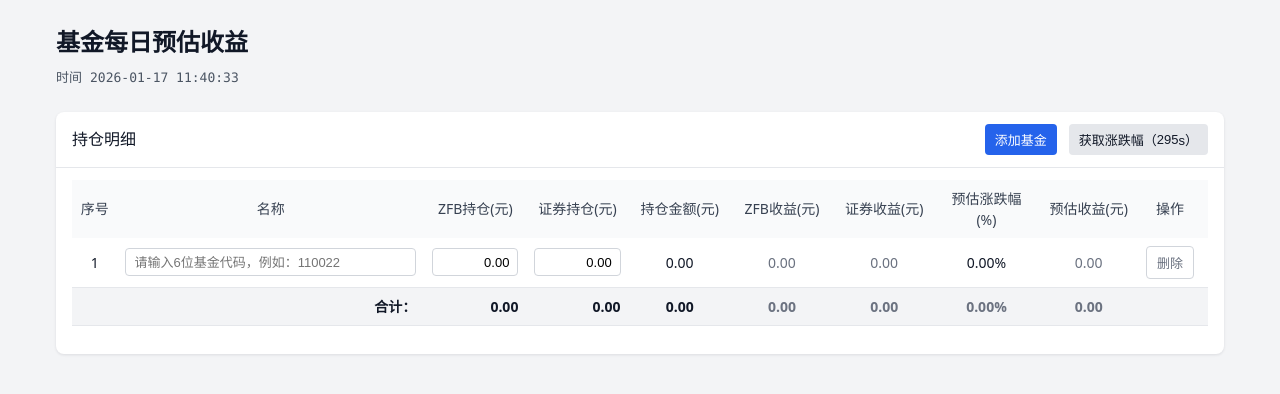
Repository: zt-boom/finance
Page: index.html
An editor plug-in stored every save of this project. The page is shown before and after the next save, followed by the edit.
The browser window is 1280 px wide. The pictures show the whole page.

Above is the page before, as saved 2026-01-17 19:38:11.

### index.html
<!DOCTYPE html>
<html lang="zh-CN">
<head>
<meta charset="UTF-8">
<title>基金每日预估收益</title>
<meta name="viewport" content="width=device-width,initial-scale=1">
<link rel="stylesheet" href="./style.css">
</head>
<body>
<div class="app">
<header class="app-header">
<h1>基金每日预估收益</h1>
<div class="date-row">
<span>时间</span>
<span id="current-date"></span>
</div>
</header>
<main class="app-main">
<section class="card">
<div class="card-header">
<h2>持仓明细</h2>
<div class="card-header-actions">
<button id="add-fund-btn" class="primary-button">添加基金</button>
<button id="fetch-percent-btn" class="secondary-button">
获取涨跌幅（<span id="auto-refresh-countdown">300</span>s）
</button>
</div>
</div>
<div class="card-body">
<div class="table-wrapper">
<table class="fund-table">
<thead>
<tr>
<th class="index-col">序号</th>
<th>名称</th>
<th>ZFB持仓(元)</th>
<th>证券持仓(元)</th>
<th>持仓金额(元)</th>
<th>ZFB收益(元)</th>
<th>证券收益(元)</th>
<th>预估涨跌幅(%)</th>
<th>预估收益(元)</th>
<th>操作</th>
</tr>
</thead>
<tbody id="fund-table-body"></tbody>
        <tfoot>
          <tr class="summary-row">
            <td colspan="2">合计：</td>
            <td><span id="total-zfb-amount">0.00</span></td>
            <td><span id="total-stock-amount">0.00</span></td>
            <td><span id="total-amount">0.00</span></td>
            <td><span id="total-zfb-profit">0.00</span></td>
            <td><span id="total-stock-profit">0.00</span></td>
            <td><span id="total-percent">0.00%</span></td>
            <td><span id="total-profit">0.00</span></td>
            <td></td>
          </tr>
        </tfoot>
</table>
</div>
</div>
</section>
</main>
</div>
<script src="./main.js"></script>
</body>
</html>

### style.css
* {
box-sizing: border-box;
margin: 0;
padding: 0;
}

body {
font-family: system-ui, -apple-system, BlinkMacSystemFont, "Segoe UI", sans-serif;
background-color: #f3f4f6;
color: #111827;
line-height: 1.5;
}

.app {
max-width: 1200px;
margin: 0 auto;
padding: 24px 16px 40px;
}

.app-header {
display: flex;
flex-direction: column;
gap: 8px;
margin-bottom: 24px;
}

.app-header h1 {
font-size: 24px;
font-weight: 600;
color: #111827;
}

.date-row {
display: flex;
gap: 8px;
align-items: center;
font-size: 13px;
color: #4b5563;
}

.date-row span:last-child {
font-family: ui-monospace, SFMono-Regular, Menlo, Monaco, Consolas, "Liberation Mono", "Courier New", monospace;
font-variant-numeric: tabular-nums;
}

.app-main {
display: flex;
flex-direction: column;
gap: 16px;
}

.card {
background-color: #ffffff;
border-radius: 8px;
box-shadow: 0 1px 3px rgba(15, 23, 42, 0.1);
overflow: hidden;
}

.card-header {
display: flex;
justify-content: space-between;
align-items: center;
padding: 12px 16px;
border-bottom: 1px solid #e5e7eb;
}

.card-header h2 {
font-size: 16px;
font-weight: 500;
}

.card-header-actions {
display: flex;
align-items: center;
gap: 12px;
}

.card-body {
padding: 12px 16px 16px;
}

.table-wrapper {
overflow-x: auto;
margin-bottom: 12px;
}

.fund-table {
 width: 100%;
 border-collapse: collapse;
 font-size: 14px;
 table-layout: fixed;
}

.fund-table td {
 border-bottom: 1px solid #e5e7eb;
 padding: 8px 8px;
 text-align: left;
}

.fund-table th.index-col,
.fund-table td[data-role="row-index"] {
 width: 4%;
text-align: center;
cursor: grab;
}

.fund-table td:nth-child(3),
.fund-table td:nth-child(4),
.fund-table td:nth-child(5),
.fund-table td:nth-child(6),
.fund-table td:nth-child(7),
.fund-table td:nth-child(8),
.fund-table td:nth-child(9) {
text-align: center;
white-space: nowrap;
}

.fund-table thead {
background-color: #f9fafb;
}

.fund-table th {
font-weight: 500;
color: #374151;
text-align: center;
 padding: 8px 8px;
}

.fund-table tbody tr:nth-child(even) {
background-color: #f9fafb;
}

.fund-table tbody tr:hover {
background-color: #eef2ff;
}

.fund-table tr.dragging {
opacity: 0.7;
}

.fund-table input {
 width: 100%;
 height: 28px;
 padding: 3px 8px;
 font-size: 13px;
 border-radius: 4px;
 border: 1px solid #d1d5db;
 outline: none;
 text-align: right;
}

.fund-table input.narrow-number-input {
 width: 100%;
 margin: 0;
}

.fund-table td:nth-child(2) input {
text-align: left;
}

.fund-table th:nth-child(2),
.fund-table td:nth-child(2) {
 width: 27%;
}

.fund-table th:nth-child(10),
.fund-table td:nth-child(10) {
 width: 6%;
padding-left: 0;
text-align: center;
}

.fund-table th:nth-child(3),
.fund-table td:nth-child(3),
.fund-table th:nth-child(4),
.fund-table td:nth-child(4),
.fund-table th:nth-child(5),
.fund-table td:nth-child(5),
.fund-table th:nth-child(6),
.fund-table td:nth-child(6),
.fund-table th:nth-child(7),
.fund-table td:nth-child(7),
.fund-table th:nth-child(8),
.fund-table td:nth-child(8),
.fund-table th:nth-child(9),
.fund-table td:nth-child(9) {
 width: 9%;
}

.fund-table input[type="number"]::-webkit-outer-spin-button,
.fund-table input[type="number"]::-webkit-inner-spin-button {
-webkit-appearance: none;
margin: 0;
}

.fund-table input[type="number"] {
-moz-appearance: textfield;
}

.fund-table input:focus {
border-color: #2563eb;
box-shadow: 0 0 0 1px rgba(37, 99, 235, 0.2);
}

.value-positive {
color: #ef4444;
}

.value-negative {
color: #10b981;
}

.value-zero {
color: #6b7280;
}

.summary-row td {
font-weight: 600;
color: #111827;
background-color: #f3f4f6;
}

.summary-row td:first-child {
text-align: right;
padding-right: 8px;
}

.summary-items {
display: flex;
flex-wrap: wrap;
gap: 4px 16px;
justify-content: flex-end;
align-items: center;
}

#auto-refresh-countdown {
display: inline-block;
width: 3ch;
text-align: right;
}

.summary-items span {
font-weight: 500;
white-space: nowrap;
}

.summary-left {
display: flex;
flex-wrap: wrap;
gap: 4px 16px;
align-items: center;
}

.summary-items span strong {
font-size: 18px;
margin-left: 4px;
font-family: ui-monospace, SFMono-Regular, Menlo, Monaco, Consolas, "Liberation Mono", "Courier New", monospace;
}

#total-amount {
color: #111827;
}

#total-zfb-amount,
#total-stock-amount {
  display: inline-block;
  width: 100%;
  text-align: right;
}

.primary-button,
.secondary-button,
.danger-button {
border-radius: 4px;
border: none;
cursor: pointer;
font-size: 13px;
padding: 6px 10px;
display: flex;
align-items: center;
justify-content: center;
}

.primary-button {
background-color: #2563eb;
color: #ffffff;
}

.primary-button:hover {
background-color: #1d4ed8;
}

.secondary-button {
background-color: #e5e7eb;
color: #111827;
}

.secondary-button:hover {
background-color: #d1d5db;
}

.danger-button {
 background-color: transparent;
 color: #6b7280;
 border: 1px solid #d1d5db;
margin: 0 auto;
}

.danger-button:hover {
 background-color: #fee2e2;
 color: #b91c1c;
 border-color: #fecaca;
}

.actions-row {
display: none;
}

.instructions {
font-size: 13px;
color: #4b5563;
}

.instructions ol {
padding-left: 18px;
display: flex;
flex-direction: column;
gap: 4px;
}

@media (max-width: 640px) {
.app {
padding-inline: 12px;
}
.card-header {
flex-direction: column;
gap: 8px;
align-items: flex-start;
}
}

### main.js
const STORAGE_KEY = "fund_holdings_v1";
let dragSourceRow = null;

function handleRowDragStart(event) {
const cell = event.currentTarget;
const row = cell.parentElement;
dragSourceRow = row;
row.classList.add("dragging");
if (event.dataTransfer) {
event.dataTransfer.effectAllowed = "move";
event.dataTransfer.setData("text/plain", "");
}
}

function handleRowDragOver(event) {
event.preventDefault();
if (event.dataTransfer) {
event.dataTransfer.dropEffect = "move";
}
}

function handleRowDrop(event) {
event.preventDefault();
const targetCell = event.currentTarget;
const targetRow = targetCell.parentElement;
if (!dragSourceRow || dragSourceRow === targetRow) {
return;
}
const tbody = targetRow.parentElement;
const rows = Array.from(tbody.querySelectorAll('tr[data-role="fund-row"]'));
const sourceIndex = rows.indexOf(dragSourceRow);
const targetIndex = rows.indexOf(targetRow);
if (sourceIndex === -1 || targetIndex === -1) {
return;
}
if (sourceIndex < targetIndex) {
tbody.insertBefore(dragSourceRow, targetRow.nextSibling);
} else {
tbody.insertBefore(dragSourceRow, targetRow);
}
}

function handleRowDragEnd() {
const rows = document.querySelectorAll('tr[data-role="fund-row"]');
rows.forEach(row => {
row.classList.remove("dragging");
});
dragSourceRow = null;
updateRowIndices();
handleStorageUpdate();
calculateProfit();
}

function formatCurrency(value) {
if (Number.isNaN(value)) return "0.00";
return value.toFixed(2);
}

function formatNumber(value) {
if (Number.isNaN(value)) return "";
return value.toFixed(2);
}

function getTodayDateString() {
const now = new Date();
const year = String(now.getFullYear());
const month = String(now.getMonth() + 1).padStart(2, "0");
const day = String(now.getDate()).padStart(2, "0");
const hours = String(now.getHours()).padStart(2, "0");
const minutes = String(now.getMinutes()).padStart(2, "0");
const seconds = String(now.getSeconds()).padStart(2, "0");
return `${year}-${month}-${day} ${hours}:${minutes}:${seconds}`;
}

const fundJsonpRequests = [];

function ensureJsonpHandler() {
if (window._fundJsonpInitialized) {
return;
}
window._fundJsonpInitialized = true;
window.jsonpgz = function (data) {
if (!data || !data.fundcode) {
return;
}
const code = data.fundcode;
while (true) {
let index = -1;
for (let i = 0; i < fundJsonpRequests.length; i += 1) {
if (fundJsonpRequests[i].code === code) {
index = i;
break;
}
}
if (index === -1) {
break;
}
const request = fundJsonpRequests.splice(index, 1)[0];
try {
const value = request.transform ? request.transform(data) : data;
request.resolve(value);
} catch (e) {
if (request.reject) {
if (e instanceof Error) {
request.reject(e);
} else {
request.reject(new Error("解析基金数据失败"));
}
}
}
}
};
}

function fetchFundEstimate(code) {
return new Promise((resolve, reject) => {
if (!code) {
reject(new Error("缺少基金代码"));
return;
}
ensureJsonpHandler();
fundJsonpRequests.push({
code,
resolve,
reject,
transform: data => {
const percent = parseFloat(data.gszzl);
if (Number.isNaN(percent)) {
throw new Error("无效的涨跌幅数据");
}
return percent;
}
});
const script = document.createElement("script");
script.src = `https://fundgz.1234567.com.cn/js/${code}.js?rt=${Date.now()}`;
script.onerror = () => {
for (let i = 0; i < fundJsonpRequests.length; i += 1) {
if (fundJsonpRequests[i].code === code) {
const request = fundJsonpRequests.splice(i, 1)[0];
request.reject(new Error("获取基金数据失败"));
break;
}
}
};
document.body.appendChild(script);
});
}

function fetchFundInfo(code) {
return new Promise((resolve, reject) => {
if (!code) {
reject(new Error("缺少基金代码"));
return;
}
ensureJsonpHandler();
fundJsonpRequests.push({
code,
resolve,
reject,
transform: data => data
});
const script = document.createElement("script");
script.src = `https://fundgz.1234567.com.cn/js/${code}.js?rt=${Date.now()}`;
script.onerror = () => {
for (let i = 0; i < fundJsonpRequests.length; i += 1) {
if (fundJsonpRequests[i].code === code) {
const request = fundJsonpRequests.splice(i, 1)[0];
request.reject(new Error("获取基金数据失败"));
break;
}
}
};
document.body.appendChild(script);
});
}

function parseFundCodeFromName(name) {
if (!name) return null;
const match = name.match(/(\d{6})/);
if (!match) {
return null;
}
return match[1];
}

function loadHoldingsFromStorage() {
try {
const raw = window.localStorage.getItem(STORAGE_KEY);
if (!raw) return [];
const parsed = JSON.parse(raw);
if (!Array.isArray(parsed)) return [];
return parsed;
} catch (e) {
return [];
}
}

function saveHoldingsToStorage(holdings) {
try {
const serialized = JSON.stringify(holdings);
window.localStorage.setItem(STORAGE_KEY, serialized);
} catch (e) {
}
}

function createTableRow(fund) {
const tr = document.createElement("tr");
const indexTd = document.createElement("td");
const nameTd = document.createElement("td");
const zfbAmountTd = document.createElement("td");
const stockAmountTd = document.createElement("td");
const amountTd = document.createElement("td");
const zfbProfitTd = document.createElement("td");
const stockProfitTd = document.createElement("td");
const percentTd = document.createElement("td");
const profitTd = document.createElement("td");
const actionsTd = document.createElement("td");
const nameInput = document.createElement("input");
nameInput.type = "text";
nameInput.value = fund.name || "";
nameInput.placeholder = "请输入6位基金代码，例如：110022";
nameInput.addEventListener("change", handleStorageUpdate);
nameInput.addEventListener("keydown", event => {
if (event.key === "Enter") {
event.preventDefault();
const raw = nameInput.value.trim();
const code = parseFundCodeFromName(raw);
if (!code) {
window.alert("请先输入6位基金代码");
return;
}
const rows = document.querySelectorAll('tr[data-role="fund-row"]');
let duplicate = false;
rows.forEach(row => {
const inputs = row.querySelectorAll("input");
const otherNameInput = inputs[0];
if (!otherNameInput || otherNameInput === nameInput) {
return;
}
const otherCode = parseFundCodeFromName(otherNameInput.value.trim());
if (otherCode && otherCode === code) {
duplicate = true;
}
});
if (duplicate) {
window.alert("该基金代码已存在，请不要重复添加");
return;
}
nameInput.disabled = true;
fetchFundInfo(code).then(data => {
nameInput.disabled = false;
if (!data || !data.name) {
window.alert("未能获取基金名称，请检查基金代码");
return;
}
nameInput.value = `${code}  ${data.name}`;
handleStorageUpdate();
}).catch(() => {
nameInput.disabled = false;
window.alert("未能获取基金名称，请检查基金代码或网络连接");
});
}
});
const zfbInput = document.createElement("input");
zfbInput.type = "number";
zfbInput.step = "0.01";
zfbInput.min = "0";
zfbInput.value = fund.zfbAmount != null ? formatCurrency(Number(fund.zfbAmount)) : "0.00";
zfbInput.addEventListener("blur", () => {
const value = parseFloat(zfbInput.value);
const normalized = Number.isNaN(value) ? 0 : value;
zfbInput.value = formatCurrency(normalized);
});
zfbInput.addEventListener("input", () => {
calculateProfit();
});
zfbInput.addEventListener("change", () => {
handleStorageUpdate();
calculateProfit();
});
zfbInput.className = "narrow-number-input";
const stockInput = document.createElement("input");
stockInput.type = "number";
stockInput.step = "0.01";
stockInput.min = "0";
stockInput.value = fund.stockAmount != null ? formatCurrency(Number(fund.stockAmount)) : "0.00";
stockInput.addEventListener("blur", () => {
const value = parseFloat(stockInput.value);
const normalized = Number.isNaN(value) ? 0 : value;
stockInput.value = formatCurrency(normalized);
});
stockInput.addEventListener("input", () => {
calculateProfit();
});
stockInput.addEventListener("change", () => {
handleStorageUpdate();
calculateProfit();
});
stockInput.className = "narrow-number-input";
const amountSpan = document.createElement("span");
amountSpan.dataset.role = "amount-display";
amountSpan.textContent = "0.00";
const zfbProfitSpan = document.createElement("span");
zfbProfitSpan.textContent = "0.00";
const stockProfitSpan = document.createElement("span");
stockProfitSpan.textContent = "0.00";
const percentSpan = document.createElement("span");
percentSpan.textContent = "0.00%";
const profitSpan = document.createElement("span");
profitSpan.textContent = "0.00";
const deleteButton = document.createElement("button");
deleteButton.textContent = "删除";
deleteButton.className = "danger-button";
deleteButton.addEventListener("click", () => {
const inputs = tr.querySelectorAll("input");
const nameValue = inputs[0] ? inputs[0].value.trim() : "";
const zfbValue = inputs[1] ? inputs[1].value.trim() : "";
const stockValue = inputs[2] ? inputs[2].value.trim() : "";
const isEmptyRow = !nameValue && !zfbValue && !stockValue;
if (!isEmptyRow) {
const confirmed = window.confirm("确定要删除这条持仓记录吗？");
if (!confirmed) {
return;
}
}
tr.remove();
handleStorageUpdate();
calculateProfit();
updateRowIndices();
});
indexTd.dataset.role = "row-index";
indexTd.draggable = true;
indexTd.addEventListener("dragstart", handleRowDragStart);
indexTd.addEventListener("dragover", handleRowDragOver);
indexTd.addEventListener("drop", handleRowDrop);
indexTd.addEventListener("dragend", handleRowDragEnd);
zfbProfitTd.dataset.role = "zfb-profit-cell";
stockProfitTd.dataset.role = "stock-profit-cell";
percentTd.dataset.role = "percent-cell";
profitTd.dataset.role = "profit-cell";
nameTd.appendChild(nameInput);
zfbAmountTd.appendChild(zfbInput);
stockAmountTd.appendChild(stockInput);
amountTd.appendChild(amountSpan);
zfbProfitTd.appendChild(zfbProfitSpan);
stockProfitTd.appendChild(stockProfitSpan);
percentTd.appendChild(percentSpan);
profitTd.appendChild(profitSpan);
actionsTd.appendChild(deleteButton);
tr.appendChild(indexTd);
tr.appendChild(nameTd);
tr.appendChild(zfbAmountTd);
tr.appendChild(stockAmountTd);
tr.appendChild(amountTd);
tr.appendChild(zfbProfitTd);
tr.appendChild(stockProfitTd);
tr.appendChild(percentTd);
tr.appendChild(profitTd);
tr.appendChild(actionsTd);
tr.dataset.role = "fund-row";
return tr;
}

function readHoldingsFromTable() {
const rows = document.querySelectorAll('tr[data-role="fund-row"]');
const holdings = [];
rows.forEach(row => {
const inputs = row.querySelectorAll("input");
const nameInput = inputs[0];
const zfbInput = inputs[1];
const stockInput = inputs[2];
const name = nameInput.value.trim();
const zfbAmount = parseFloat(zfbInput.value);
const stockAmount = parseFloat(stockInput.value);
const hasZfb = !Number.isNaN(zfbAmount) && zfbAmount > 0;
const hasStock = !Number.isNaN(stockAmount) && stockAmount > 0;
if (!name && !hasZfb && !hasStock) {
return;
}
holdings.push({
name,
zfbAmount: hasZfb ? zfbAmount : 0,
stockAmount: hasStock ? stockAmount : 0
});
});
return holdings;
}

function handleStorageUpdate() {
const holdings = readHoldingsFromTable();
saveHoldingsToStorage(holdings);
}

function populateTableFromStorage() {
const tbody = document.getElementById("fund-table-body");
tbody.innerHTML = "";
const holdings = loadHoldingsFromStorage();
if (holdings.length === 0) {
const row = createTableRow({ name: "", zfbAmount: null, stockAmount: null });
tbody.appendChild(row);
updateRowIndices();
calculateProfit();
return;
}
holdings.forEach(fund => {
const row = createTableRow({
name: fund.name || "",
zfbAmount: fund.zfbAmount != null ? fund.zfbAmount : null,
stockAmount: fund.stockAmount != null ? fund.stockAmount : null
});
tbody.appendChild(row);
});
updateRowIndices();
calculateProfit();
}

function calculateProfit() {
const rows = document.querySelectorAll('tr[data-role="fund-row"]');
let totalZfbAmount = 0;
let totalStockAmount = 0;
let totalZfbProfit = 0;
let totalStockProfit = 0;
let totalProfit = 0;
let totalHoldingAmount = 0;
rows.forEach(row => {
const inputs = row.querySelectorAll("input");
const zfbInput = inputs[1];
const stockInput = inputs[2];
const amountSpan = row.querySelector('span[data-role="amount-display"]');
const percentCell = row.querySelector('td[data-role="percent-cell"] span');
const profitCell = row.querySelector('td[data-role="profit-cell"] span');
const zfbProfitCell = row.querySelector('td[data-role="zfb-profit-cell"] span');
const stockProfitCell = row.querySelector('td[data-role="stock-profit-cell"] span');
const zfbAmount = zfbInput ? parseFloat(zfbInput.value) : NaN;
const stockAmount = stockInput ? parseFloat(stockInput.value) : NaN;
const normalizedZfb = Number.isNaN(zfbAmount) ? 0 : zfbAmount;
const normalizedStock = Number.isNaN(stockAmount) ? 0 : stockAmount;
const amount = normalizedZfb + normalizedStock;
const percent = percentCell ? parseFloat(percentCell.textContent) : NaN;
totalZfbAmount += normalizedZfb;
totalStockAmount += normalizedStock;
if (amountSpan) {
amountSpan.textContent = formatCurrency(amount);
}
if (amount > 0) {
totalHoldingAmount += amount;
}
if (amount <= 0 || Number.isNaN(percent)) {
if (zfbProfitCell) {
zfbProfitCell.textContent = "0.00";
applyProfitColor(zfbProfitCell, 0);
}
if (stockProfitCell) {
stockProfitCell.textContent = "0.00";
applyProfitColor(stockProfitCell, 0);
}
if (profitCell) {
profitCell.textContent = "0.00";
applyProfitColor(profitCell, 0);
}
return;
}
const zfbProfit = normalizedZfb * percent / 100;
const stockProfit = normalizedStock * percent / 100;
const profit = zfbProfit + stockProfit;
totalZfbProfit += zfbProfit;
totalStockProfit += stockProfit;
totalProfit += profit;
if (zfbProfitCell) {
zfbProfitCell.textContent = formatCurrency(zfbProfit);
applyProfitColor(zfbProfitCell, zfbProfit);
}
if (stockProfitCell) {
stockProfitCell.textContent = formatCurrency(stockProfit);
applyProfitColor(stockProfitCell, stockProfit);
}
if (profitCell) {
profitCell.textContent = formatCurrency(profit);
applyProfitColor(profitCell, profit);
}
});
const totalZfbAmountElement = document.getElementById("total-zfb-amount");
if (totalZfbAmountElement) {
totalZfbAmountElement.textContent = formatCurrency(totalZfbAmount);
}
const totalStockAmountElement = document.getElementById("total-stock-amount");
if (totalStockAmountElement) {
totalStockAmountElement.textContent = formatCurrency(totalStockAmount);
}
const totalAmountElement = document.getElementById("total-amount");
if (totalAmountElement) {
totalAmountElement.textContent = formatCurrency(totalHoldingAmount);
}
const totalPercentElement = document.getElementById("total-percent");
if (totalPercentElement) {
const totalPercent = totalHoldingAmount > 0 ? (totalProfit / totalHoldingAmount) * 100 : 0;
totalPercentElement.textContent = `${formatNumber(totalPercent)}%`;
applyProfitColor(totalPercentElement, totalPercent);
}
const totalZfbProfitElement = document.getElementById("total-zfb-profit");
if (totalZfbProfitElement) {
totalZfbProfitElement.textContent = formatCurrency(totalZfbProfit);
applyProfitColor(totalZfbProfitElement, totalZfbProfit);
}
const totalStockProfitElement = document.getElementById("total-stock-profit");
if (totalStockProfitElement) {
totalStockProfitElement.textContent = formatCurrency(totalStockProfit);
applyProfitColor(totalStockProfitElement, totalStockProfit);
}
const totalProfitElement = document.getElementById("total-profit");
totalProfitElement.textContent = formatCurrency(totalProfit);
applyProfitColor(totalProfitElement, totalProfit);
}

function autoFetchPercentages(options) {
const useButton = !options || options.useButton !== false;
const showAlert = !options || options.showAlert !== false;
const rows = document.querySelectorAll('tr[data-role="fund-row"]');
const promises = [];
rows.forEach(row => {
const inputs = row.querySelectorAll("input");
const nameInput = inputs[0];
const name = nameInput ? nameInput.value.trim() : "";
const code = parseFundCodeFromName(name);
if (!code) {
return;
}
const percentCell = row.querySelector('td[data-role="percent-cell"] span');
if (!percentCell) {
return;
}
const promise = fetchFundEstimate(code).then(percent => {
const value = formatNumber(percent);
percentCell.textContent = `${value}%`;
return true;
}).catch(() => false);
promises.push(promise);
});
if (promises.length === 0) {
if (showAlert) {
window.alert("请先在名称中输入包含6位基金代码的内容");
}
return;
}
const fetchButton = useButton ? document.getElementById("fetch-percent-btn") : null;
if (fetchButton) {
fetchButton.disabled = true;
}
Promise.all(promises).then(results => {
const successCount = results.filter(Boolean).length;
if (fetchButton) {
fetchButton.disabled = false;
}
if (successCount === 0) {
if (showAlert) {
window.alert("未能获取任何基金的预估涨跌幅，请检查基金代码或网络连接");
}
return;
}
calculateProfit();
});
}

function applyProfitColor(element, value) {
if (!element) {
return;
}
element.classList.remove("value-positive", "value-negative", "value-zero");
if (Number.isNaN(value)) {
return;
}
if (value > 0) {
element.classList.add("value-positive");
} else if (value < 0) {
element.classList.add("value-negative");
} else {
element.classList.add("value-zero");
}
}

function initApp() {
const dateElement = document.getElementById("current-date");
if (dateElement) {
dateElement.textContent = getTodayDateString();
}
populateTableFromStorage();
  const addFundButton = document.getElementById("add-fund-btn");
  const fetchPercentButton = document.getElementById("fetch-percent-btn");
  const countdownElement = document.getElementById("auto-refresh-countdown");
const autoRefreshSeconds = 300;
let remainingSeconds = autoRefreshSeconds;
function updateCountdown() {
if (countdownElement) {
countdownElement.textContent = String(remainingSeconds);
}
}
function resetCountdown() {
remainingSeconds = autoRefreshSeconds;
updateCountdown();
}
updateCountdown();
if (addFundButton) {
addFundButton.addEventListener("click", () => {
const tbody = document.getElementById("fund-table-body");
const row = createTableRow({ name: "", amount: null });
tbody.appendChild(row);
updateRowIndices();
});
}
  if (fetchPercentButton) {
    fetchPercentButton.addEventListener("click", () => {
      autoFetchPercentages({ useButton: true, showAlert: true });
      resetCountdown();
    });
  }
if (dateElement) {
setInterval(() => {
dateElement.textContent = getTodayDateString();
}, 1000);
}
setInterval(() => {
remainingSeconds -= 1;
if (remainingSeconds <= 0) {
autoFetchPercentages({ useButton: false, showAlert: false });
remainingSeconds = autoRefreshSeconds;
}
updateCountdown();
}, 1000);
}

function updateRowIndices() {
const rows = document.querySelectorAll('tr[data-role="fund-row"]');
rows.forEach((row, index) => {
const indexCell = row.querySelector('td[data-role="row-index"]');
if (indexCell) {
indexCell.textContent = String(index + 1);
}
});
}

if (document.readyState === "loading") {
document.addEventListener("DOMContentLoaded", initApp);
} else {
initApp();
}

After the next save:
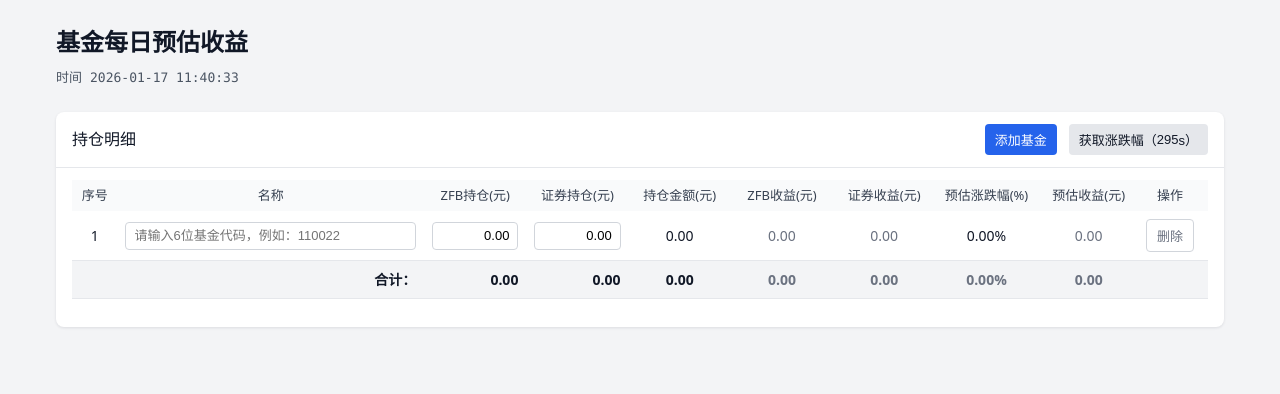
Saved 79 s later.
--- a/style.css
+++ b/style.css
@@ -120,10 +120,11 @@ background-color: #f9fafb;
 }
 
 .fund-table th {
-font-weight: 500;
-color: #374151;
-text-align: center;
- padding: 8px 8px;
+ font-weight: 500;
+ color: #374151;
+ text-align: center;
+ padding: 6px 8px;
+ font-size: 13px;
 }
 
 .fund-table tbody tr:nth-child(even) {
